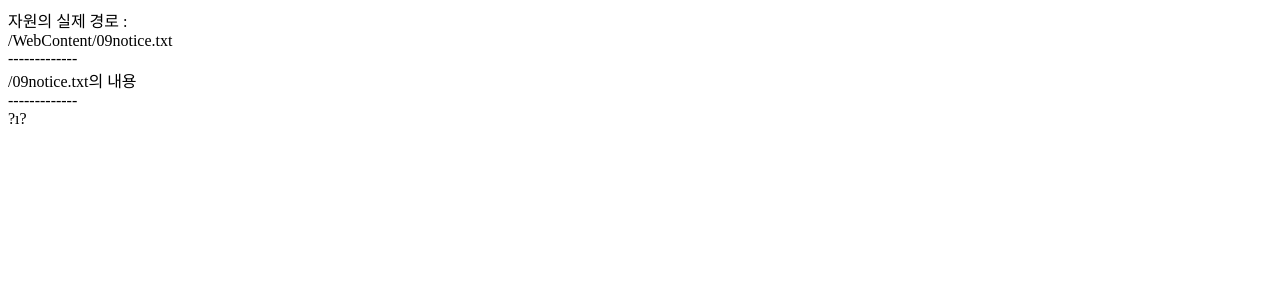
Repository: eParkjongtaek/lovedisket
Page: http://localhost/KH18_1/0906/0906_2/10readResourceUsingApplication.jsp
The author's editor kept a copy of each file at every save. The page is drawn from the files as they stood at one save, then again after the next save.
The browser window is 1280 px wide. The pictures show the whole page.
The page is served by Tomcat 9. Other server files are loaded and not shown.

Above is the page before, as saved 2017-09-06 03:03:02.

### source/KH18_1/WebContent/0906/0906_2/10readResourceUsingApplication.jsp
<%@ page contentType="text/html; charset=euc-kr" %>
<%@ page import = "java.io.*" %>
<html>
	<head><title>application 기본 객체 사용하여 자원 읽기</title></head>
	<body>
	<%
		String resourcePath = "/09notice.txt";
	%>
	자원의 실제 경로 : <br>
	<%=application.getRealPath(resourcePath) %>
	<br>
	-------------<br>
	<%=resourcePath %>의 내용<br>
	-------------<br>
	<%
		BufferedReader br = null;
		char[] buff = new char[512];
		int len = -1;

		try
		{
			br = new BufferedReader(
					new InputStreamReader(
						application.getResourceAsStream(resourcePath) ));
			while( (len = br.read(buff)) != -1 )
			{
				out.print(new String(buff, 0, len));
			}
		}
		catch(IOException ex)
		{
			out.println("예외 발생 : "+ex.getMessage());
		}
		finally
		{
			if(br != null) try { br.close(); } catch(IOException ex) { }
		}
	%>
	</body>
</html>

### source/KH18_1/WebContent/09notice.txt
식군

### source/KH18_1/WebContent/0906/09notice.txt
식군

After the next save:
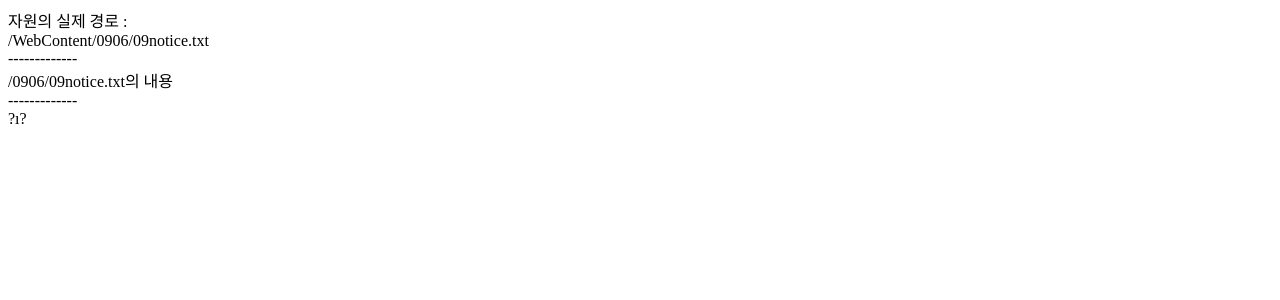
Saved 9 s later.
--- a/source/KH18_1/WebContent/0906/0906_2/10readResourceUsingApplication.jsp
+++ b/source/KH18_1/WebContent/0906/0906_2/10readResourceUsingApplication.jsp
@@ -4,7 +4,7 @@
 	<head><title>application 기본 객체 사용하여 자원 읽기</title></head>
 	<body>
 	<%
-		String resourcePath = "/09notice.txt";
+		String resourcePath = "/0906/09notice.txt";
 	%>
 	자원의 실제 경로 : <br>
 	<%=application.getRealPath(resourcePath) %>
